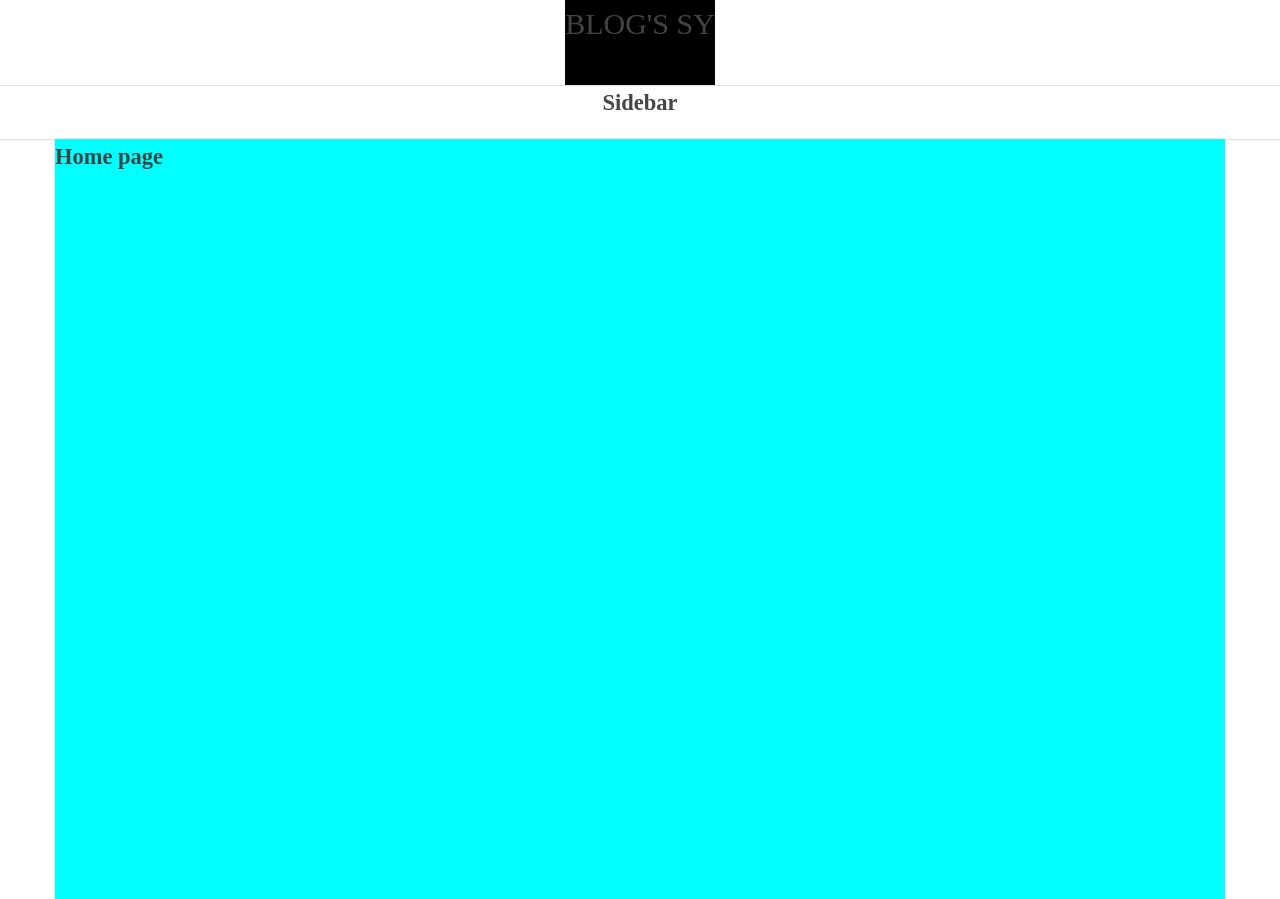
Repository: SyLe-Van/Make-Colorful
Page: /
The author's editor kept a copy of each file at every save. The page is drawn from the files as they stood at one save, then again after the next save.
The browser window is 1280 px wide. The pictures show the whole page.
Some web fonts or font styles are not loaded; a fallback is used. The project was rebuilt for these pictures with package versions that can differ from the ones it lists, and the page was loaded fresh each time. Also part of the build but not shown: src/pages/cinema/index.js, src/pages/fashion/index.js, src/pages/grooming/index.js, src/pages/lifestyle/index.js, src/pages/contact/index.js.

Above is the page before, as saved 2023-10-10 21:00:34.

### src/index.js
import React from 'react';
import ReactDOM from 'react-dom/client';
import App from '~/App';
import reportWebVitals from './reportWebVitals';
import GlobalStyles from '~/components/GlobalStyles';
const root = ReactDOM.createRoot(document.getElementById('root'));
root.render(
    <React.StrictMode>
        <GlobalStyles>
            <App />
        </GlobalStyles>
    </React.StrictMode>,
);

// If you want to start measuring performance in your app, pass a function
// to log results (for example: reportWebVitals(console.log))
// or send to an analytics endpoint. Learn more: https://bit.ly/CRA-vitals
reportWebVitals();

### src/App.js
import { BrowserRouter as Router, Routes, Route } from 'react-router-dom';
import Home from '~/pages/home';
import Cinema from '~/pages/cinema';
import Fashion from '~/pages/fashion';
import Grooming from '~/pages/grooming';
import LifeStyle from '~/pages/lifestyle';
import { publicRoutes } from './routes';
import { Component } from 'react';
import { DefaultLayout } from '~/components/Layout';
import { Fragment } from 'react';
function App() {
    return (
        <Router>
            <div className="App">
                <Routes>
                    {publicRoutes.map((route, index) => {
                        const Layout = route.layout === null ? Fragment : DefaultLayout;
                        const Page = route.component;
                        return (
                            <Route
                                key={index}
                                path={route.path}
                                element={
                                    <Layout>
                                        <Page />
                                    </Layout>
                                }
                            />
                        );
                    })}
                </Routes>
            </div>
        </Router>
    );
}

export default App;

### src/routes/index.js
import Home from '~/pages/home';
import Cinema from '~/pages/cinema';
import Fashion from '~/pages/fashion';
import Grooming from '~/pages/grooming';
import LifeStyle from '~/pages/lifestyle';
import Contact from '~/pages/contact';
// dont need login to view
const publicRoutes = [
    { path: '/', component: Home },
    { path: '/cinema', component: Cinema },
    { path: '/fashion', component: Fashion },
    { path: '/grooming', component: Grooming },
    { path: '/lifestyle', component: LifeStyle },
    { path: '/contact', component: Contact, layout: null },
];

const privateRoutes = [];

export { publicRoutes, privateRoutes };

### src/components/GlobalStyles/GlobalStyles.scss
@import 'normalize.css';
@import url('https:; //fonts.googleapis.com/css2?family=Lato:ital,wght@0,400;0,700;1,400;1,700&family=Montserrat:ital,wght@0,400;0,700;1,400;1,700&family=Playfair+Display&family=Poppins:wght@300;400;600;700&display=swap');

:root {
    --primary: #f6f6f6;
}

* {
    box-sizing: border-box;
    margin: 0;
    padding: 0;
}
html {
    font-size: 40px;
}
body {
    font-family: 'Playfair Display', serif;
    line-height: 1.6;
    color: #444;
    font-size: 15px;
    text-rendering: optimizeSpeed;
}

### src/components/Layout/DefaultLayout/index.js
import Header from './Header';
import classNames from 'classnames/bind';
import styles from './DefaultLayout.module.scss';
import Sidebar from './Sidebar';

const cx = classNames.bind(styles);
function DefaultLayout({ children }) {
    return (
        <div className={cx('wrapper')}>
            <Header />
            <Sidebar />
            <div className={cx('container')}>
                <div className={cx('contain')}>{children}</div>
            </div>
        </div>
    );
}

export default DefaultLayout;

### src/components/Layout/DefaultLayout/Header/index.js
import styles from './Header.module.scss';
import classNames from 'classnames/bind';

const cx = classNames.bind(styles);

function Header() {
    return (
        <header className={cx('wrapper')}>
            <div className={cx('inner')}>BLOG'S SY</div>
        </header>
    );
}

export default Header;

### src/components/Layout/DefaultLayout/DefaultLayout.module.scss
.wrapper {
    display: flex;
    flex-direction: column;
    align-items: center;
}
.container {
    width: 1170px;
    height: 760px;
    background-color: aqua;
}

### src/components/Layout/DefaultLayout/Sidebar/index.js
import styles from './Sidebar.module.scss';
import classNames from 'classnames/bind';

const cx = classNames.bind(styles);

function Sidebar() {
    return (
        <aside className={cx('wrapper')}>
            <h2>Sidebar</h2>
        </aside>
    );
}

export default Sidebar;

### src/components/Layout/DefaultLayout/Header/Header.module.scss
.wrapper {
    height: 85px;
    width: 100%;
    box-shadow: 0px 1px 1px rgb(0 0 0 / 12%);
    display: flex;
    justify-content: center;
}
.inner {
    background-color: #000;
    font-size: 30px;
    font-family: 'Playfair Display', serif;
    font-weight: 400;
    font-style: normal;
    text-align: center;
    justify-content: center;
}

### src/components/Layout/DefaultLayout/Sidebar/Sidebar.module.scss
.wrapper {
    height: 54px;
    width: 100%;
    box-shadow: 0px 1px 1px rgb(0 0 0 / 12%);
    display: flex;
    justify-content: center;
}

Loaded but not shown: public/index.html (common file); src/reportWebVitals.js (common file); src/components/GlobalStyles/index.js (common file); src/pages/home/index.js (common file); src/components/Layout/index.js (common file)

After the next save:
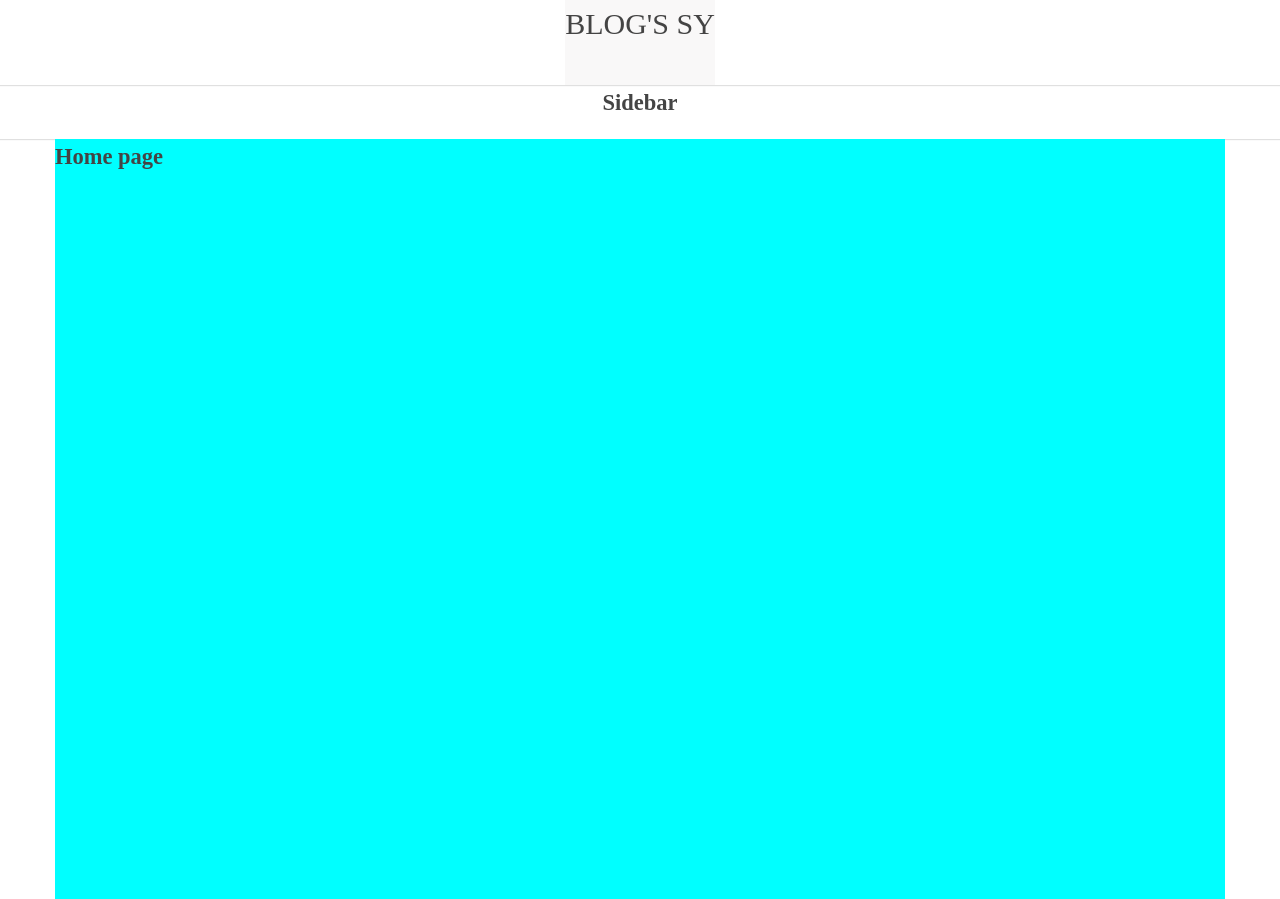
Saved 18 s later.
--- a/src/components/Layout/DefaultLayout/Header/Header.module.scss
+++ b/src/components/Layout/DefaultLayout/Header/Header.module.scss
@@ -6,7 +6,7 @@
     justify-content: center;
 }
 .inner {
-    background-color: #000;
+    background-color: #f9f8f8;
     font-size: 30px;
     font-family: 'Playfair Display', serif;
     font-weight: 400;
